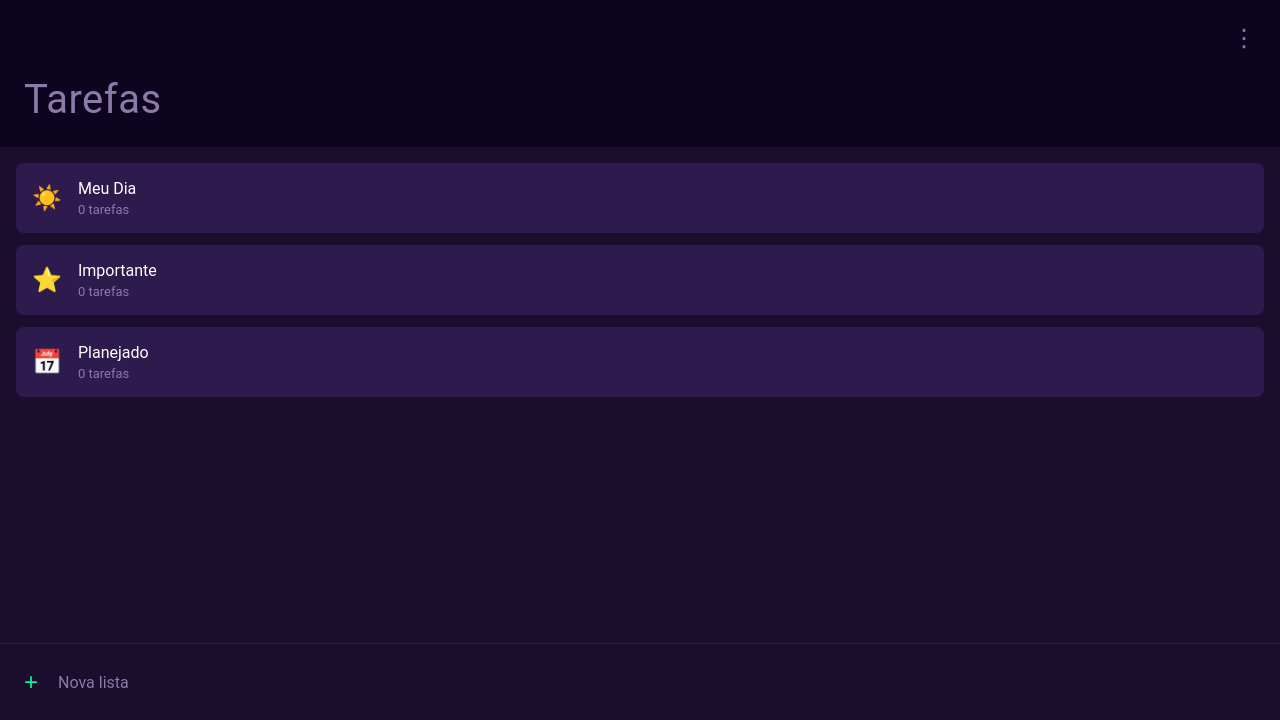
Repository: giulialorrany/ToDoList
Page: front-end/index.html
These files come from the project's save history. The page is drawn as it stood at one moment and after the next save; the edit follows.
The browser window is 1280 px wide. The pictures show the whole page.

Above is the page before, as saved 2025-10-29 10:39:54.

After the next save:
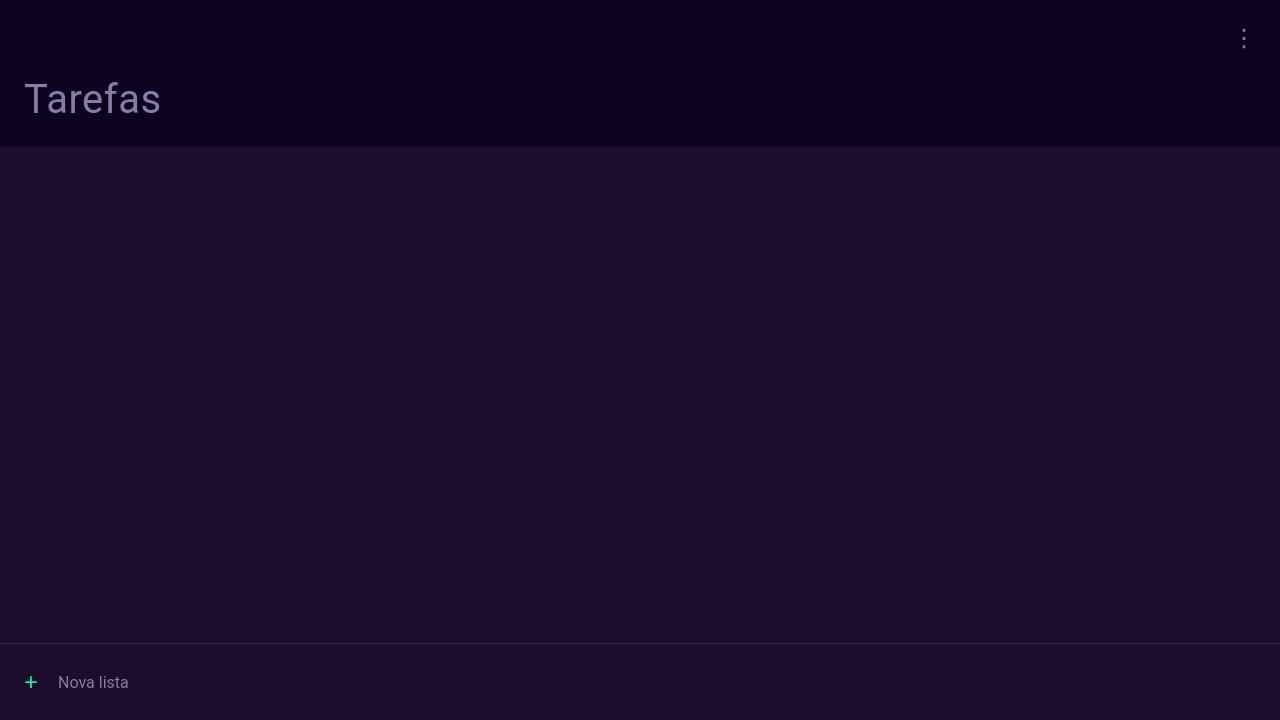
Saved 33 s later.
--- a/front-end/index.html
+++ b/front-end/index.html
@@ -512,7 +512,7 @@
             </div>
         </div>
     </div>
-
+<!--
     <script>
         let lists = [
             { id: 1, name: 'Meu Dia', icon: '☀️', tasks: [], completedTasks: [] },
@@ -749,6 +749,6 @@
         });
 
         renderLists();
-    </script>
+    </script> -->
 </body>
 </html>
